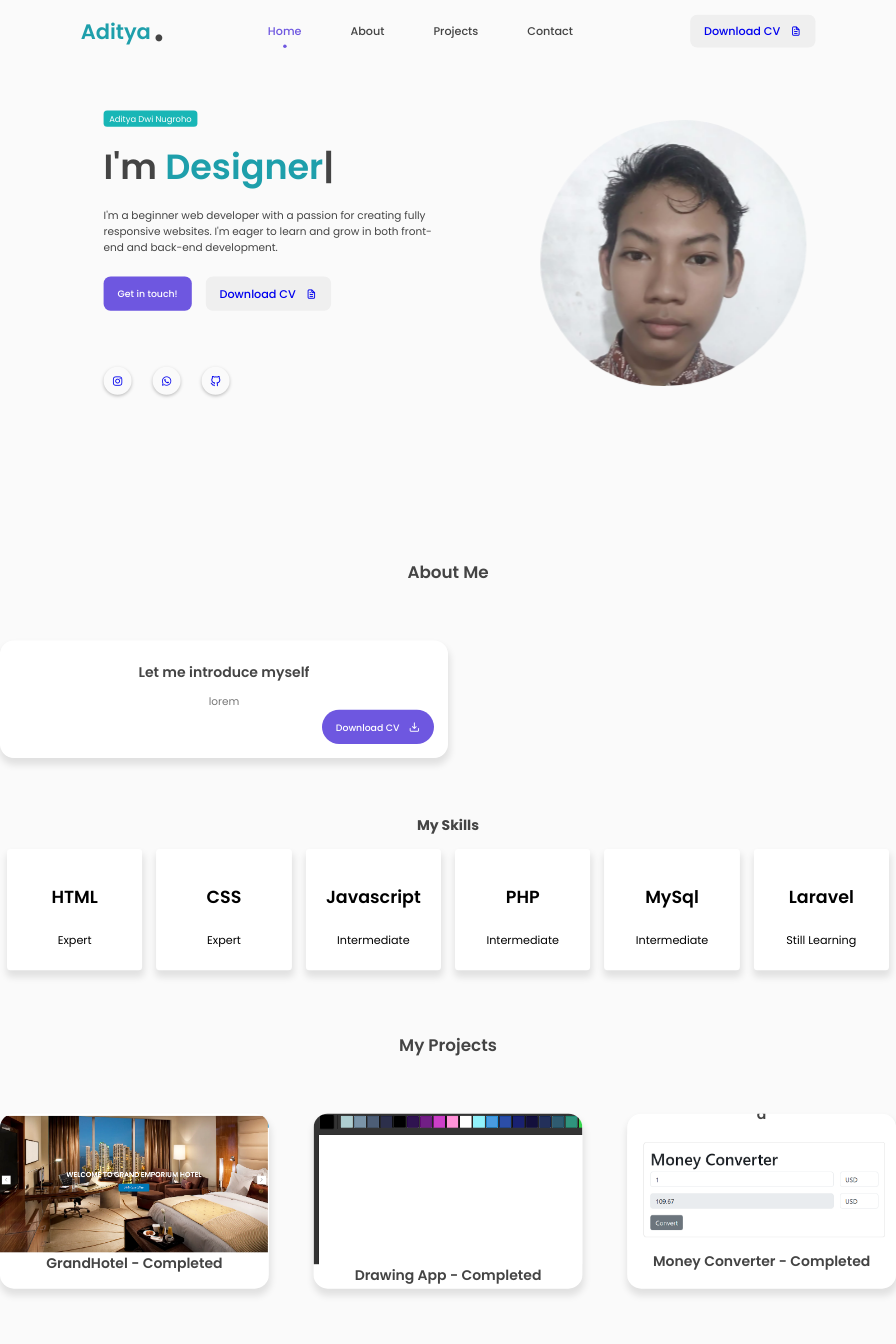
Repository: 4Kbrain/Portofolio
Page: index.html
The author's editor kept a copy of each file at every save. The page is drawn from the files as they stood at one save, then again after the next save.
The browser window is 1280 px wide. The pictures show the part of the page from y = 0 to 1920 px (the page is 2938 px tall before and 3030 px after), at 70% of full size.

Above is the page before, as saved 2024-05-15 19:11:52.
Console error: ReferenceError: ScrollReveal is not defined

### index.html
<!DOCTYPE html>
<html lang="en">

<head>
    <meta charset="UTF-8">
    <meta name="viewport" content="width=device-width, initial-scale=1.0">
    <link rel="stylesheet" href="https://unicons.iconscout.com/release/v4.0.8/css/line.css">
    <link rel="stylesheet" href="assets/css/style.css">
    <link rel="shortcut icon" href="assets/img/favicon.png" type="image/x-icon">

    <title>Portfolio | Aditya</title>
</head>

<body>

    <div class="container">
        <!-- header -->
        <nav id="header">
            <div class="nav-logo">
                <a href="#home">
                    <p class="nav-name">Aditya</p>
                    <span>.</span>
                </a>
            </div>
            <div class="nav-menu" id="myNavMenu">
                <ul class="nav_menu_list">
                    <li class="nav_list">
                        <a href="#home" class="nav-link active-link">Home</a>
                        <div class="circle"></div>
                    </li>
                    <li class="nav_list">
                        <a href="#about" class="nav-link">About</a>
                        <div class="circle"></div>
                    </li>
                    <li class="nav_list">
                        <a href="#projects" class="nav-link">Projects</a>
                        <div class="circle"></div>
                    </li>
                    <li class="nav_list">
                        <a href="#contact" class="nav-link">Contact</a>
                        <div class="circle"></div>
                    </li>
                </ul>
            </div>
            <div class="nav-button">
                <a id="downloadCVButton" href="assets/CV/Aditya%20CV.pdf" download="CV.pdf" class="btn">Download CV <i
                        class="uil uil-file-alt"></i></a>
            </div>
            <div class="nav-menu-btn">
                <i class="uil uil-bars" onclick="myMenuFunction()"></i>
            </div>
        </nav>

        <!-- -------------- MAIN ---------------- -->
        <main class="wrapper">
            <!-- -------------- FEATURED BOX ---------------- -->
            <section class="featured-box" id="home">
                <div class="featured-text">
                    <div class="featured-text-card">
                        <span>Aditya Dwi Nugroho</span>
                    </div>
                    <div class="featured-name">
                        <p>I'm <span class="typedText"></span></p>
                    </div>
                    <div class="featured-text-info">
                        <p>I'm a beginner web developer with a passion for creating fully responsive websites. I'm eager to learn and grow in both front-end and back-end development.
                        </p>
                    </div>
                    <div class="featured-text-btn">
                        <button class="btn blue-btn">Get in touch!</button>
                        <a id="downloadCVButton" href="assets/CV/Aditya%20CV.pdf" download="CV.pdf" class="btn">Download CV <i class="uil uil-file-alt"></i></a>

                    </div>
                    <div class="social_icons">
                        <div class="icon"><a href="https://www.instagram.com/allen.adityadn/" target="_blank"><i class="uil uil-instagram"></i></a></div>
                        <div class="icon"><a href="https://wa.me/0895339926715" target="_blank"><i class="uil uil-whatsapp"></i></a></div>
                        <div class="icon"><a href="https://github.com/4Kbrain" target="_blank"><i class="uil uil-github-alt"></i></a></div>

                    </div>
                </div>
                <div class="featured-image">
                    <div class="image">
                        <img src="assets/img/profile.jpeg" alt="avatar">
                    </div>
                </div>

    </div>

    </section>

    <!-- about me  -->
    <section class="section" id="about">
        <div class="top-header">
            <h1>About Me</h1>
        </div>
        <div class="row">
            <div class="col">
                <div class="about-info">
                    <h3>Let me introduce myself</h3>
                    <p>lorem
                    </p>
                    <div class="about-btn">
                        <a href="assets/CV/Aditya%20CV.pdf" download>
                            <button class="btn">Download CV <i class="uil uil-import"></i></button>
                          </a>

                    </div>
                </div>
            </div>
        </div>
    </section>

    <!-- Skills -->
<section class="skills" id="skills">

    <div class="skill" id="skill">
        <h1>My Skills</h1>
        <div class="content">
          <div class="flex">
            <div class="kotak" data-aos="flip-down" data-aos-delay="500">
              <div class="logo">
                <i class="fa-brands fa-html5"></i>
              </div>
              <div class="nama">HTML</div>
              <div class="ukuran">Expert</div>
            </div>
            <div class="kotak" data-aos="flip-right" data-aos-delay="500">
              <div class="logo">
                <i class="fa-brands fa-css3"></i>
              </div>
              <div class="nama">CSS</div>
              <div class="ukuran">Expert</div>
            </div>
            <div class="kotak" data-aos="flip-left" data-aos-delay="500">
              <div class="logo">
                <i class="fa-brands fa-js"></i>
              </div>
              <div class="nama">Javascript</div>
              <div class="ukuran">Intermediate</div>
            </div>
            <div class="kotak" data-aos="flip-up" data-aos-delay="500">
              <div class="logo">
                <i class="fa-brands fa-php"></i>
              </div>
              <div class="nama">PHP</div>
              <div class="ukuran">Intermediate</div>
            </div>
            <div class="kotak" data-aos="fade-up" data-aos-delay="500">
              <div class="logo">
                <i class="fa-solid fa-database"></i>
              </div>
              <div class="nama">MySql</div>
              <div class="ukuran">Intermediate</div>
            </div>
            <div class="kotak" data-aos="flip-down" data-aos-delay="500">
              <div class="logo">
                <i class="fa-brands fa-laravel"></i>
              </div>
              <div class="nama">Laravel</div>
              <div class="ukuran">Still Learning</div>
            </div>
          </div>
        </div>
      </div>

</section>




<!-- My projects  -->

    <section class="section" id="projects">
        <div class="top-header">
            <h1>My Projects</h1>
        </div>
        <div class="project-container">
            <div class="project-box">
                <a href=""></a>
                <img src="assets/img/GrandHotel.png" alt="Grand Hotel Project" class="project-image">
                <h3>GrandHotel - Completed</h3>
                <label class="clear">-</label>
            </div>
            <div class="project-box">
                <a href=""></a>
                <img src="assets/img/drawing.png" alt="Drawing App" class="project-image">
                <h3>Drawing App - Completed</h3>
                <label> - </label>
            </div>
            <div class="project-box">
                <h3 class="clear">a</h3>
                <img src="assets/img/money.png" alt="3" class="project-image">
                <h3>Money Converter - Completed</h3>
                <label> - </label>
            </div>
        </div>
    </section>



  <!-- Contact me  -->

    <section class="section" id="contact">
        <div class="top-header">
            <h1>Get in touch</h1>
            <span>Feel free to contact with me</span>
        </div>
        <div class="row">
            <div class="col">
                <div class="contact-info">
                    <p><i class="uil uil-envelope"></i> Email: aditgaming105@gmail.com</p>
                    <p><i class="uil uil-phone"></i> Telp: +62 896 3399 26715</p>
                    <p><svg xmlns="http://www.w3.org/2000/svg" width="1em" height="1em" viewBox="0 0 24 24"><g fill="none" stroke="currentColor" stroke-linecap="round" stroke-linejoin="round" stroke-width="1.5"><path d="M12.56 20.82a.964.964 0 0 1-1.12 0C6.611 17.378 1.486 10.298 6.667 5.182A7.592 7.592 0 0 1 12 3c2 0 3.919.785 5.333 2.181c5.181 5.116.056 12.196-4.773 15.64"/><path d="M12 12a2 2 0 1 0 0-4a2 2 0 0 0 0 4"/></g></svg>Location: Yogyakarta, Indonesia</p>
                </div>
            </div>
            <div class="col">
                <div class="form-control">
                    <div class="form-inputs">
                        <input type="text" class="input-field" placeholder="Name">
                        <input type="text" class="input-field" placeholder="Email">
                    </div>
                    <div class="text-area">
                        <textarea placeholder="Input your message.."></textarea>
                    </div>
                    <div class="form-button">
                        <button class="btn">Send <i class="uil uil-message"></i></button>
                    </div>
                </div>
            </div>
        </div>
    </section>

    </main>

    <!-- Footer -->
    <footer>
        <div class="top-footer">
            <p>Aditya. Portfolio</p>
        </div>
        <div class="middle-footer">
            <ul class="footer-menu">
                <li class="footer_menu_list">
                    <a href="#home">Home</a>
                </li>
                <li class="footer_menu_list">
                    <a href="#about">About</a>
                </li>
                <li class="footer_menu_list">
                    <a href="#projects">Projects</a>
                </li>
                <li class="footer_menu_list">
                    <a href="#contact">Contact</a>
                </li>
            </ul>
        </div>
        <div class="footer-social-icons">
            <div class="icon"><a href="https://www.instagram.com/allen.adityadn/"><i class="uil uil-instagram"></i></a></div>
            <div class="icon"><a href="https://wa.me/0895339926715"><i class="uil uil-whatsapp"></i></a></div>
            <div class="icon"><a href="https://github.com/4Kbrain"><i class="uil uil-github-alt"></i></a></div>
        </div>
        <div class="bottom-footer">
            <p>Copyright &copy; <a href="https://www.instagram.com/allen.adityadn/" target="_blank" style="text-decoration: none;">@allen.adityadn</a> - All rights reserved</p>
        </div>
    </footer>

    </div>

    <script src="https://unpkg.com/typed.js@2.0.16/dist/typed.umd.js"></script>
    <script src="assets/js/script.js"></script>
</body>

</html>

Loaded but not shown: assets/js/script.js (146 lines, source omitted); assets/css/style.css (747 lines, source omitted)

After the next save:
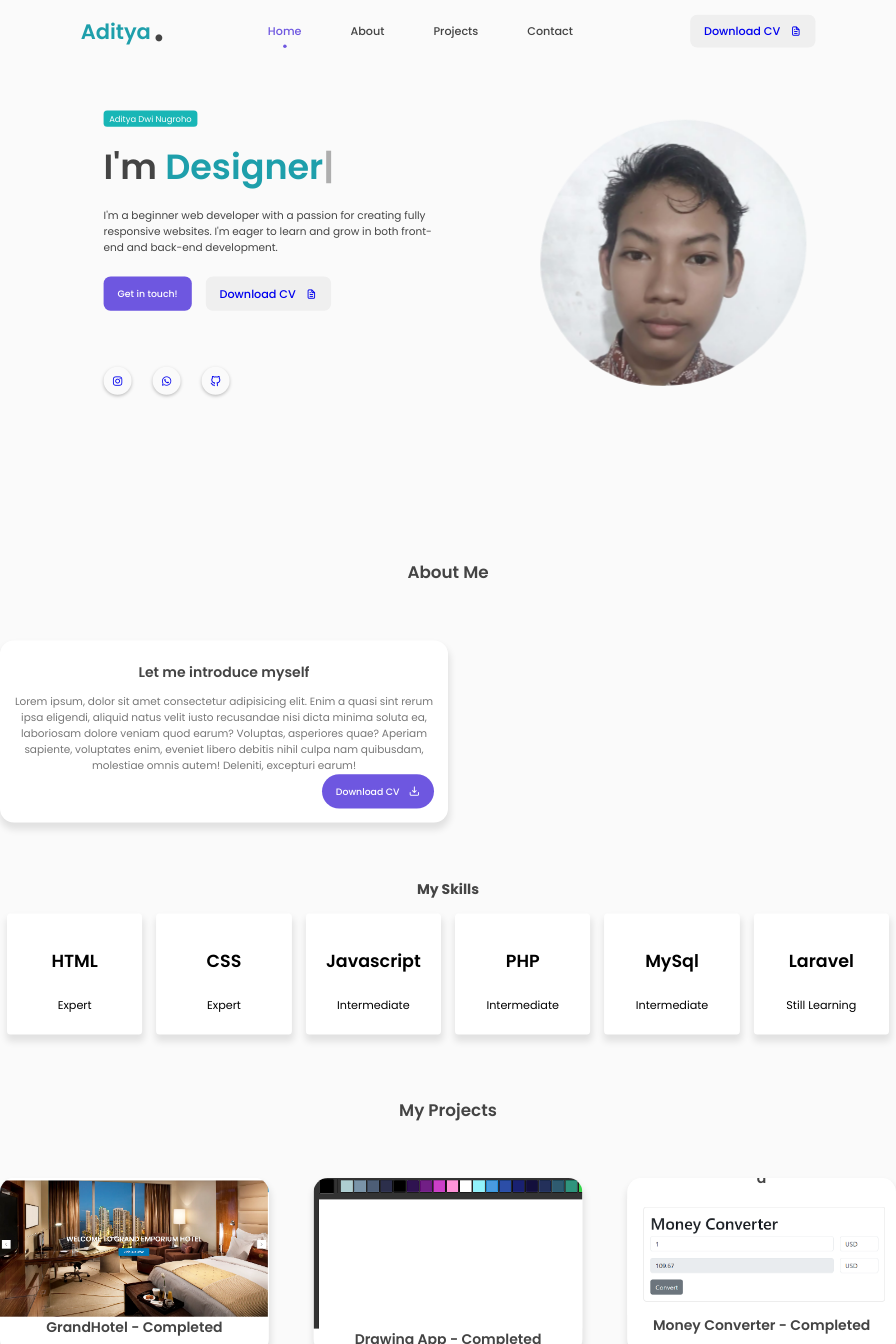
Saved 9 s later.
--- a/index.html
+++ b/index.html
@@ -97,7 +97,7 @@
             <div class="col">
                 <div class="about-info">
                     <h3>Let me introduce myself</h3>
-                    <p>lorem
+                    <p>Lorem ipsum, dolor sit amet consectetur adipisicing elit. Enim a quasi sint rerum ipsa eligendi, aliquid natus velit iusto recusandae nisi dicta minima soluta ea, laboriosam dolore veniam quod earum? Voluptas, asperiores quae? Aperiam sapiente, voluptates enim, eveniet libero debitis nihil culpa nam quibusdam, molestiae omnis autem! Deleniti, excepturi earum!
                     </p>
                     <div class="about-btn">
                         <a href="assets/CV/Aditya%20CV.pdf" download>

After the 3 saves that followed:
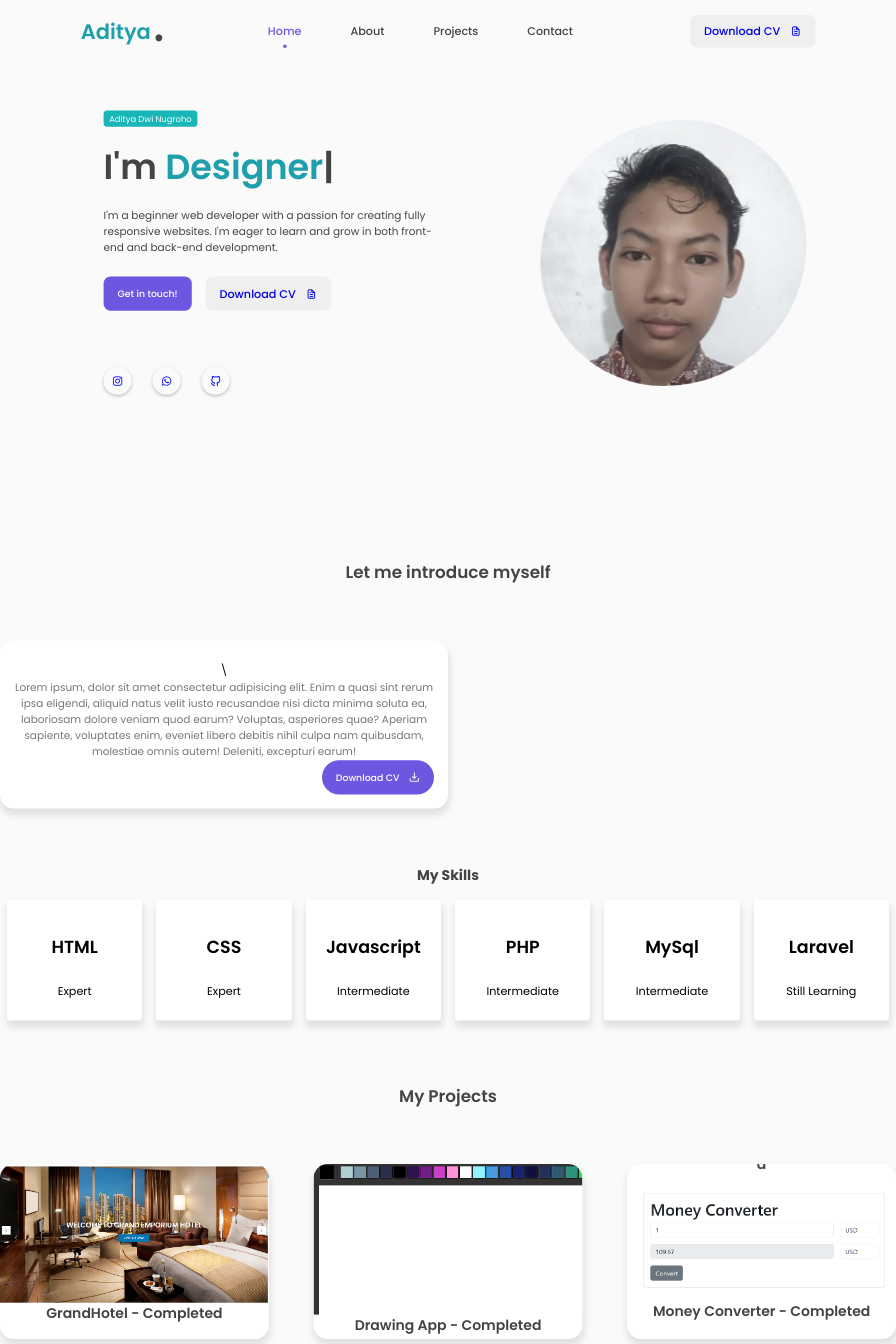
The 3 saves are shown as one change because they came seconds apart.
The last was saved 19 s later.
--- a/index.html
+++ b/index.html
@@ -91,12 +91,11 @@
     <!-- about me  -->
     <section class="section" id="about">
         <div class="top-header">
-            <h1>About Me</h1>
+            <h1>Let me introduce myself</h1>
         </div>
         <div class="row">
             <div class="col">
-                <div class="about-info">
-                    <h3>Let me introduce myself</h3>
+                <div class="about-info">\
                     <p>Lorem ipsum, dolor sit amet consectetur adipisicing elit. Enim a quasi sint rerum ipsa eligendi, aliquid natus velit iusto recusandae nisi dicta minima soluta ea, laboriosam dolore veniam quod earum? Voluptas, asperiores quae? Aperiam sapiente, voluptates enim, eveniet libero debitis nihil culpa nam quibusdam, molestiae omnis autem! Deleniti, excepturi earum!
                     </p>
                     <div class="about-btn">
